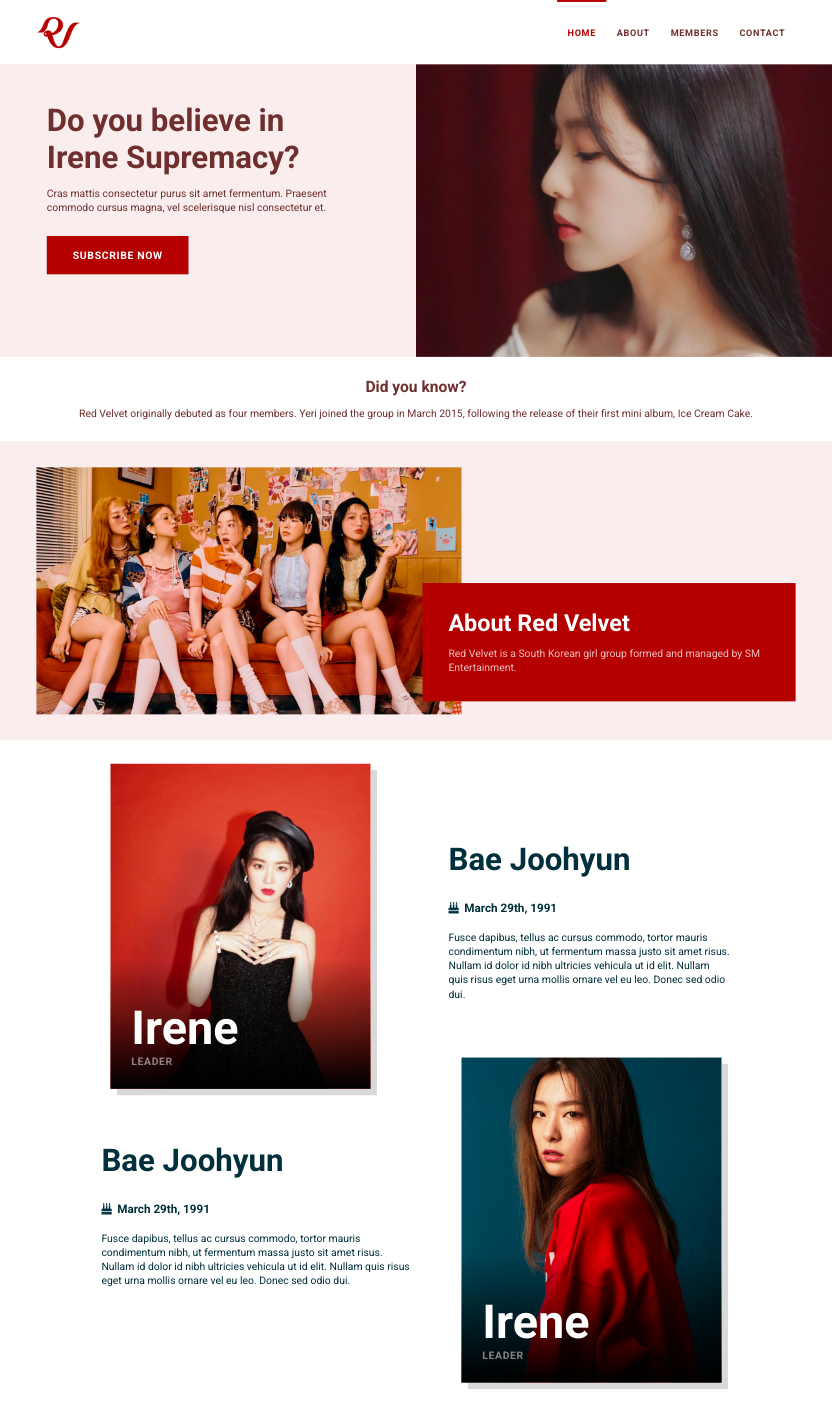
Repository: stillnotdavid/eternity-university
Page: app/index.html
An editor plug-in stored every save of this project. The page is shown before and after the next save, followed by the edit.
The browser window is 1280 px wide. The pictures show the whole page, at 65% of full size.
The style sheet was rebuilt from its Sass, Less or Tailwind sources for each picture, by a compiler version that may differ from the author's.

Above is the page before, as saved 2021-12-05 21:16:34.

### app/index.html
<!doctype html>
<html class="no-js" lang="">

<head>
  <meta charset="utf-8">
  <meta name="description" content="">

  <meta name="viewport" content="width=device-width, initial-scale=1, shrink-to-fit=no">
  <title>Red Velvet Fansite</title>
  <link rel="apple-touch-icon" href="apple-touch-icon.png">
  <link rel="stylesheet" href="https://use.fontawesome.com/releases/v5.15.4/css/all.css"
    integrity="sha384-DyZ88mC6Up2uqS4h/KRgHuoeGwBcD4Ng9SiP4dIRy0EXTlnuz47vAwmeGwVChigm" crossorigin="anonymous">
  <!-- Place favicon.ico in the root directory -->
  <!-- build:css styles/vendor.css -->
  <!-- endbuild -->
  <!-- build:css styles/main.css -->
  <link rel="stylesheet" href="styles/main.css">
  <!-- endbuild -->
  <!-- build:js scripts/modernizr.js -->
  <script src="scripts/modernizr.js"></script>
  <!-- endbuild -->
</head>

<body>
  <!--[if IE]>
      <p class="browserupgrade">You are using an <strong>outdated</strong> browser. Please <a href="http://browsehappy.com/">upgrade your browser</a> to improve your experience.</p>
    <![endif]-->
  <header class="header">
    <div class="container header__container">
      <a class="header__logo" href="#"><img class="header__logo-image" src="images/logo.png"
          alt="Red Velvet Logo" /></a>
      <nav class="header__nav">
        <ul class="header__nav-links">
          <li class="header__nav-item">
            <a class="header__nav-link header__nav-link--active" href="">Home</a>
          </li>
          <li class="header__nav-item">
            <a class="header__nav-link" href="">About</a>
          </li>
          <li class="header__nav-item">
            <a class="header__nav-link" href="">Members</a>
          </li>
          <li class="header__nav-item">
            <a class="header__nav-link" href="">Contact</a>
          </li>
        </ul>
      </nav>
    </div>
  </header>
  <section class="hero">
    <div class="container--half">
      <div class="hero__cta">
        <h1>Do you believe in Irene Supremacy?</h1>
        <p>Cras mattis consectetur purus sit amet fermentum. Praesent commodo cursus magna,
          vel scelerisque nisl
          consectetur et.</p>
        <a class="button-primary" href="">Subscribe Now</a>
      </div>
    </div>
    <div class="hero__image">
    </div>
  </section>
  <section class="trivia">
    <div class="container trivia__container">
      <div class="trivia__title">Did you know?</div>
      <p class="no-margin--bottom">Red Velvet originally debuted as four members. Yeri joined the group in March 2015,
        following the release of
        their first mini album, Ice Cream Cake.</p>
    </div>
  </section>
  <section class="about">
    <div class="container about__container">
      <img class="about__image" src="images/group.png" alt="Red Velvet Sitting!">
      <div class="about__text">
        <h2>About Red Velvet</h2>
        <p class="light">Red Velvet is a South Korean girl group formed and managed by SM Entertainment.</p>
      </div>
    </div>
  </section>
  <section class="members">
    <div class="container members__container">
      <div class="member">
        <div class="member__photo">
          <div class="member__photo-image member__irene">
            <div class="member__name">Irene</div>
            <div class="member__position">Leader</div>
          </div>
        </div>
        <div class="member__info">
          <h3>Bae Joohyun</h3>
          <h4 class="member__info-birthdate">
            <i class="fas fa-birthday-cake margin-right--small"></i> March 29th, 1991
          </h4>
          <p class="member__info-description">Fusce dapibus, tellus ac cursus commodo, tortor mauris condimentum nibh,
            ut fermentum massa justo sit amet
            risus. Nullam id dolor id nibh ultricies vehicula ut id elit. Nullam quis risus eget urna mollis ornare vel
            eu
            leo. Donec sed odio dui.</p>
        </div>
      </div>
      <div class="member member--reverse">
        <div class="member__photo">
          <div class="member__photo-image member__seulgi">
            <div class="member__name">Irene</div>
            <div class="member__position">Leader</div>
          </div>
        </div>
        <div class="member__info">
          <h3>Bae Joohyun</h3>
          <h4 class="member__info-birthdate">
            <i class="fas fa-birthday-cake margin-right--small"></i> March 29th, 1991
          </h4>
          <p class="member__info-description">Fusce dapibus, tellus ac cursus commodo, tortor mauris condimentum nibh,
            ut fermentum massa justo sit amet
            risus. Nullam id dolor id nibh ultricies vehicula ut id elit. Nullam quis risus eget urna mollis ornare vel
            eu
            leo. Donec sed odio dui.</p>
        </div>
      </div>
    </div>
  </section>

  <!-- build:js scripts/vendor.js -->
  <!-- endbuild -->
  <!-- build:js scripts/main.js -->
  <script src="scripts/main.js"></script>
  <!-- endbuild -->
</body>

</html>

### app/styles/main.scss
@import 'partials/colors';
@import 'partials/spacing';
@import 'partials/typography';
@import 'partials/utilities';

@import 'components/button';
@import 'components/header';
@import 'components/hero';
@import 'components/trivia';
@import 'components/about';
@import 'components/members';


* {
  box-sizing: border-box;
}

html,
body {
  padding: 0;
  margin: 0;
}

.container {
  display: flex;
  width: 100%;
  max-width: 1200px;
  margin: 0 auto;
  padding: 0 $spacing-large;

  &--half {
    width: 100%;
    max-width: 600px;
    margin-left: auto;
    padding: 0 $spacing-xlarge;
  }
}

### app/styles/partials/_colors.scss
$color-primary: #B50000;
$color-secondary: #6F2F2F;
$color-tertiary: #00303B;

$background-primary: #F9EDED;


$colors: ("primary": $color-primary,
  "secondary": $color-secondary);


@each $name,
$color in $colors {
  .background {

    &--#{$name} {
      background-color: #{$color};
    }
  }
}

@each $name,
$color in $colors {
  .color {

    &--#{$name} {
      color: #{$color} !important;
    }
  }
}

### app/styles/partials/_spacing.scss
$spacing-xsmall: 2px;
$spacing-small: 4px;
$spacing-medium: 8px;
$spacing-large: 16px;
$spacing-xlarge: 32px;

### app/styles/partials/_typography.scss
@import url('https://fonts.googleapis.com/css2?family=Roboto:wght@400;500;700&display=swap');


body,
html {
  font-family: 'Roboto', sans-serif;
}


$font-small: 14px;
$font-medium: 16px;
$font-large: 18px;
$font-xlarge: 24px;
$font-xxxlarge: 48px;

$font-regular: 400;
$font-bold: 700;


h1 {
  font-size: $font-xxxlarge;
  font-weight: $font-bold;
  color: $color-secondary;
  margin: $spacing-medium 0;
}

h2 {
  font-size: 36px;
  margin: 0;
}

h3 {
  font-size: 48px;
  margin: 0 0 36px 0;
  color: $color-tertiary;
}

h4 {
  font-size: $font-large;
  font-weight: $font-bold;
  color: $color-tertiary;
}

p {
  font-size: $font-medium;
  color: $color-secondary;
  line-height: 22px;

  &.light {
    color: rgba(255, 255, 255, .75);
  }
}

### app/styles/partials/_utilities.scss
$sides: top,
bottom,
left,
right;

@each $side in $sides {
  .no-margin {
    margin: 0;

    &--#{$side} {
      margin-#{$side}: 0;
    }
  }
}

@each $side in $sides {
  .no-padding {
    padding: 0;

    &--#{$side} {
      padding-#{$side}: 0;
    }
  }
}

$spacing: ("small": 4px, "medium": 8px, "large": 16px);

@each $side in $sides {
  .margin {

    &-#{$side} {

      @each $size,
      $value in $spacing {
        &--#{$size} {
          margin-#{$side}: $value;
        }
      }
    }
  }
}

### app/styles/components/_button.scss
.button-primary {
  display: inline-block;
  background-color: $color-primary;
  padding: 20px 40px;
  text-decoration: none;
  color: white;
  font-size: $font-medium;
  font-weight: $font-bold;
  text-transform: uppercase;
  letter-spacing: 1px;
  margin: $spacing-large 0;
}

### app/styles/components/_header.scss
$_logo-height: 50px;


.header {

  &__container {
    justify-content: space-between;
  }

  &__logo {
    display: flex;
    align-items: center;

    &-image {
      height: $_logo-height;
    }
  }

  &__nav {

    &-links {
      display: flex;
      list-style-type: none;
      padding: 0;
      margin: 0;
    }

    &-item {
      display: flex;
    }

    &-link {
      padding: 40px $spacing-large;
      text-decoration: none;
      color: $color-secondary;
      text-transform: uppercase;
      font-size: $font-small;
      font-weight: $font-bold;
      letter-spacing: 1px;
      border-top: 3px solid transparent;

      &:hover,
      &--active {
        color: $color-primary;
        border-top: 3px solid $color-primary;
      }
    }
  }
}

### app/styles/components/_hero.scss
$_hero-height: 450px;

.hero {
  height: $_hero-height;
  background: $background-primary;
  display: flex;

  &__container {
    align-items: center;
  }

  &__cta {
    flex: 0 0 50%;
    padding: 50px 100px 50px 0;
  }

  &__image {
    flex: 0 0 50%;
    height: 100%;
    background-image: url('../../images/hero.jpeg');
    background-size: cover;
    background-position: center center;
  }
}

### app/styles/components/_trivia.scss
.trivia {
  text-align: center;
  padding: $spacing-xlarge;

  &__container {
    flex-direction: column;
  }

  &__title {
    font-size: $font-xlarge;
    font-weight: $font-bold;
    color: $color-secondary;
  }
}

### app/styles/components/_about.scss
.about {
  background: $background-primary;
  padding: 40px 0;

  &__container {
    align-items: flex-end;
  }

  &__image {
    height: 380px;
  }

  &__text {
    background: $color-primary;
    color: white;
    padding: 40px;
    margin-left: -60px;
    margin-bottom: 20px;

    p {
      margin-bottom: 0;
    }
  }
}

### app/styles/components/_members.scss
.members {
  &__container {
    flex-direction: column;
  }
}

.member {
  display: flex;
  align-items: center;

  &--reverse {
    flex-direction: row-reverse;
    margin-top: -120px;

    .member__photo-image {
      margin-left: 70px;
    }

    .member__info {
      padding: 100px 0 100px 100px;
    }
  }

  &__photo {
    flex: 0 1 50%;
    display: flex;
    padding: 36px 0;

    &-image {
      height: 500px;
      width: 400px;
      background-size: cover;
      background-position: center center;
      margin-left: auto;
      margin-right: 70px;
      box-shadow: 10px 10px 0 rgba(0, 0, 0, .15);
      display: flex;
      padding: $spacing-xlarge;
      flex-direction: column;
      justify-content: flex-end;
      position: relative;

      &:before {
        background: linear-gradient(to top, black, transparent);
        height: 200px;
        width: 100%;
        position: absolute;
        content: '';
        bottom: 0;
        left: 0;
        z-index: 1;
      }
    }
  }

  &__info {
    flex: 0 1 50%;
    padding: 100px 100px 100px 50px;

    &-description {
      color: $color-tertiary;
    }
  }

  &__name {
    font-size: 72px;
    font-weight: $font-bold;
    color: white;
    z-index: 2;
  }

  &__position {
    font-size: $font-medium;
    font-weight: $font-bold;
    text-transform: uppercase;
    letter-spacing: 1px;
    color: rgba(255, 255, 255, .50);
    z-index: 2;
  }

  &__irene {
    background-image: url('../../images/member__irene.jpeg');
  }

  &__seulgi {
    background-image: url('../../images/member__seulgi.png');
  }
}

Loaded but not shown: app/scripts/main.js (common file)

After the next save:
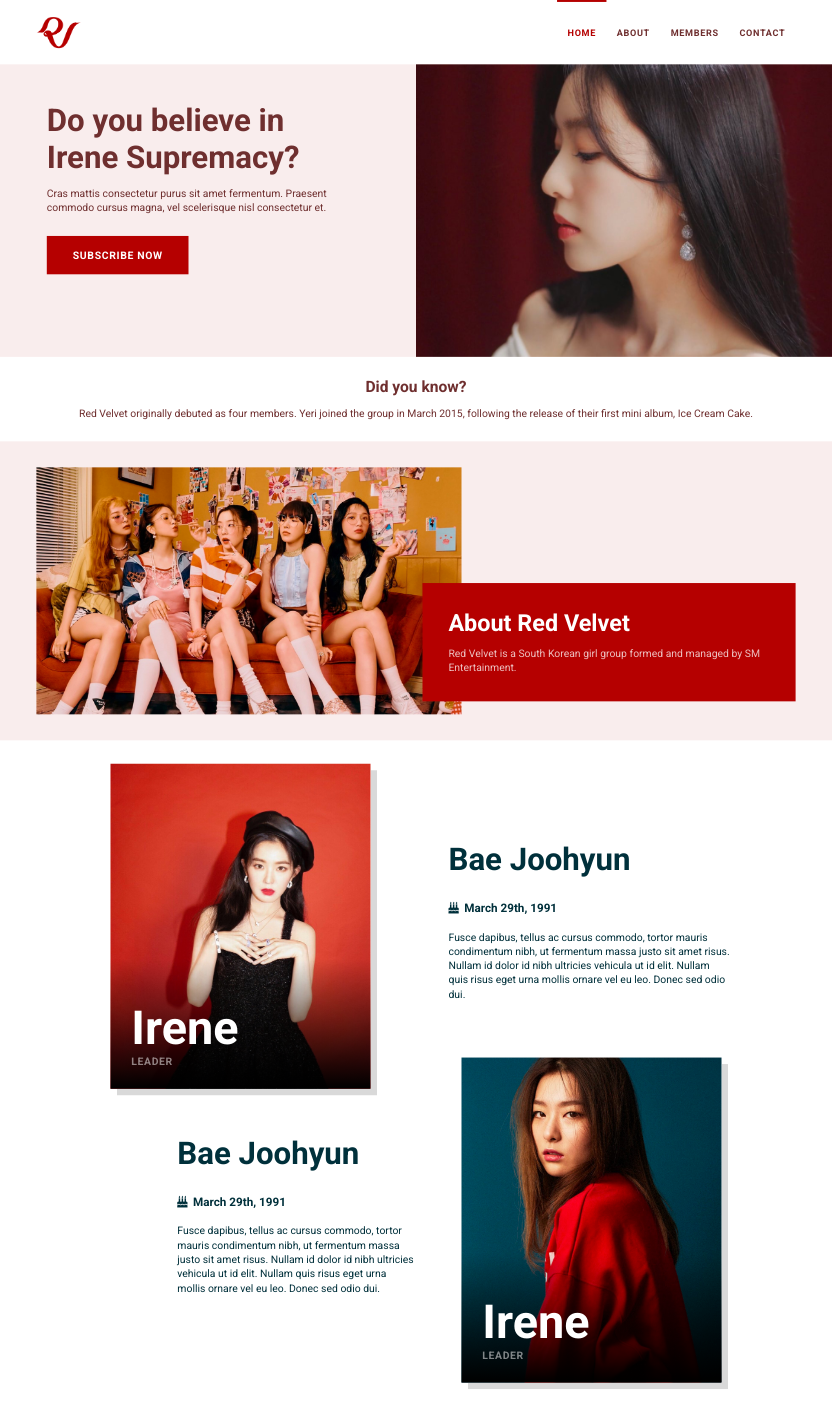
Saved 18 s later.
--- a/app/styles/components/_members.scss
+++ b/app/styles/components/_members.scss
@@ -18,6 +18,7 @@
 
     .member__info {
       padding: 100px 0 100px 100px;
+      flex-basis: 40%;
     }
   }
 
